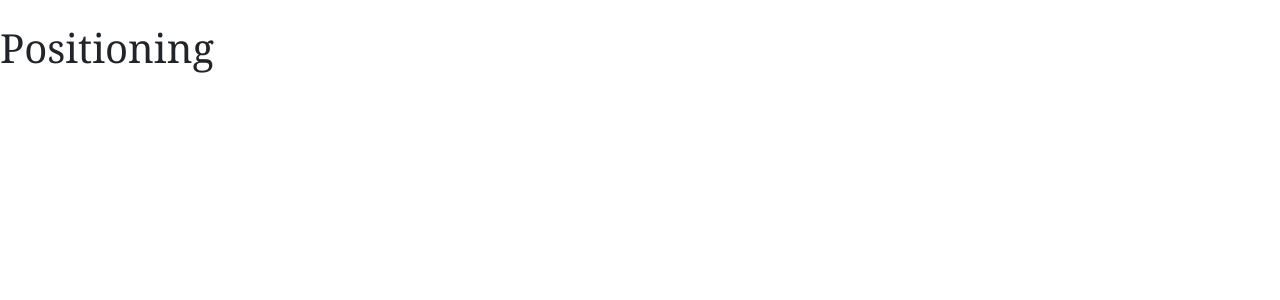
Repository: alboss/bit-175
Page: docs/positioning.html
An editor plug-in stored every save of this project. The page is shown before and after the next save, followed by the edit.
The browser window is 1280 px wide. The pictures show the whole page.

Above is the page before, as saved 2023-04-19 15:51:27.

### docs/positioning.html
<!DOCTYPE html>
<html lang="en">
  <head>
    <meta charset="UTF-8" />
    <meta http-equiv="X-UA-Compatible" content="IE=edge" />
    <meta name="viewport" content="width=device-width, initial-scale=1.0" />

    <!-- Bootstrap CSS -->
    <link
      href="https://cdn.jsdelivr.net/npm/bootstrap@5.3.0-alpha3/dist/css/bootstrap.min.css"
      rel="stylesheet"
      integrity="sha384-KK94CHFLLe+nY2dmCWGMq91rCGa5gtU4mk92HdvYe+M/SXH301p5ILy+dN9+nJOZ"
      crossorigin="anonymous" />
    <!-- Bootstrap JS -->
    <script
      src="https://cdn.jsdelivr.net/npm/bootstrap@5.3.0-alpha3/dist/js/bootstrap.bundle.min.js"
      integrity="sha384-ENjdO4Dr2bkBIFxQpeoTz1HIcje39Wm4jDKdf19U8gI4ddQ3GYNS7NTKfAdVQSZe"
      crossorigin="anonymous"></script>
    <link href="../styles/styles.css" rel="stylesheet" type="text/css" />
    <base target="example-page" />

    <title>Expanding text - Bootstrap</title>
    <style></style>
  </head>
  <body>
    <img src="" />
    <h1>Positioning</h1>
  </body>
</html>

### styles/styles.css
body {
  font-family: Georgia, Helvetica, Arial, Sans-serif;
}

After the next save:
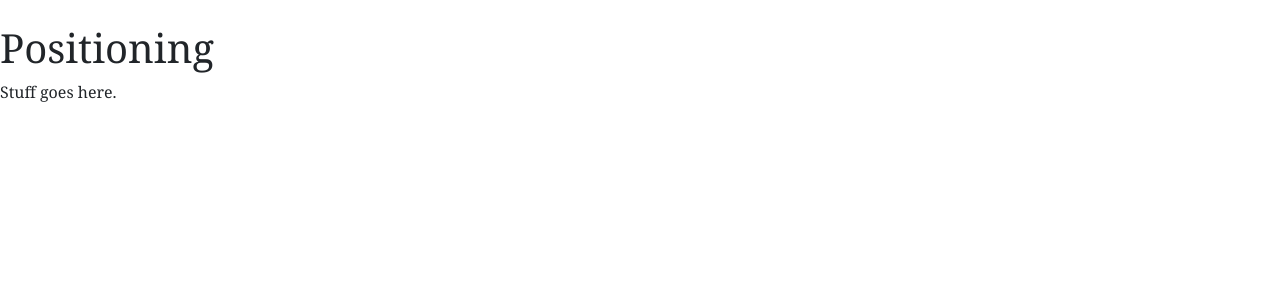
Saved 20 s later.
--- a/docs/positioning.html
+++ b/docs/positioning.html
@@ -25,5 +25,6 @@
   <body>
     <img src="" />
     <h1>Positioning</h1>
+    <p>Stuff goes here.</p>
   </body>
 </html>
